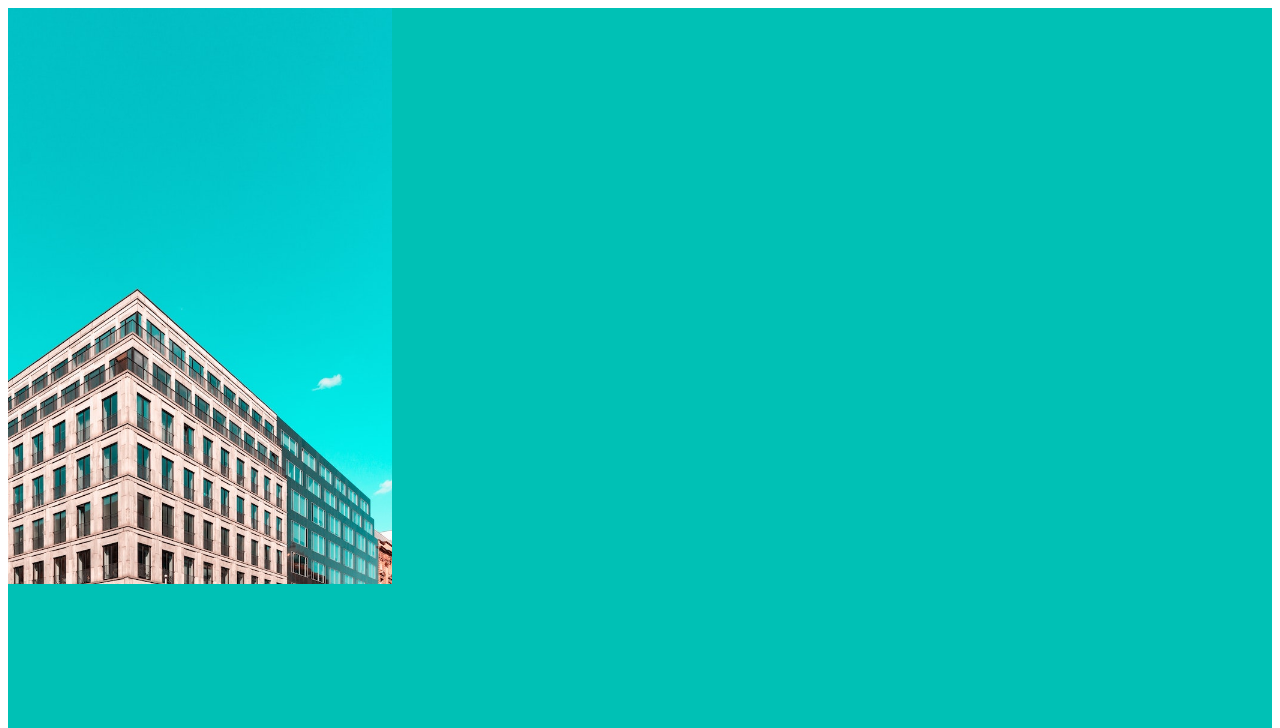
Repository: chelle-c/smooth-scroll-colours
Page: /
The author's editor kept a copy of each file at every save. The page is drawn from the files as they stood at one save, then again after the next save.
The browser window is 1280 px wide. The pictures show the whole page.
An inner scrolling area shows only its first screen. The project was rebuilt for these pictures with package versions that can differ from the ones it lists, and the page was loaded fresh each time. Imported but missing from the stored project, and not drawn on this page: images.

Above is the page before, as saved 2022-09-19 19:55:01.

### src/App.svelte
<script>
	import '/images/';
	export let screenHeight = window.innerHeight;
</script>

<!-- <main
	class="min-w-full min-h-screen fixed flex flex-col justify-between p-6 z-10"
>
	<div class="flex flex-row justify-between items-baseline">
		<div>
			<h1 class="font-sans font-bold text-5xl uppercase">
				Scroll & Colours
			</h1>
		</div>
		<div class="font-sans font-bold text-xl">Contact info</div>
	</div>
	<div class="flex flex-row justify-between items-end">
		<div class="font-sans text-xl">Privacy Policy</div>
		<div class="font-sans text-xl">
			<ul>
				<li><a href="#section5">Link #5</a></li>
				<li><a href="#section4">Link #4</a></li>
				<li><a href="#section3">Link #3</a></li>
				<li><a href="#section2">Link #2</a></li>
				<li><a href="#section1">Link #1</a></li>
			</ul>
		</div>
	</div>
</main> -->
<div class="scrollsnap-container">
	<section id="section5">
		<div>
			<img
				class="w-96"
				src="/images/image-turquoise.jpg"
				alt="White building against turqoise sky"
			/>
		</div>
	</section>

	<section id="section4">
		<div>
			<img
				class="w-96"
				src="/images/image-orange.jpg"
				alt="White building against turqoise sky"
			/>
		</div>
	</section>

	<section id="section3">
		<div>
			<img
				class="w-96"
				src="/images/image-yellow.jpg"
				alt="White building against turqoise sky"
			/>
		</div>
	</section>

	<section id="section2">
		<div>
			<img
				class="w-96"
				src="/images/image-blue.jpg"
				alt="White building against turqoise sky"
			/>
		</div>
	</section>

	<section id="section1">
		<div>
			<img
				class="w-96"
				src="/images/image-red.jpg"
				alt="White building against turqoise sky"
			/>
		</div>
	</section>
</div>

<style global lang="postcss">
	@tailwind base;
	@tailwind components;
	@tailwind utilities;

	:global(body) {
		margin: 0;
		padding: 0;
		overflow: hidden;
	}

	.scrollsnap-container {
		max-height: 100vh;
		overflow-y: scroll;
		scroll-snap-type: mandatory; /* for older browsers */
		scroll-snap-points-y: repeat(100vh); /* for older browsers */
		scroll-snap-type: y mandatory;
	}

	section {
		width: 100vw;
		height: 100vh;
		scroll-snap-align: start;
		position: relative;
	}

	#section5 {
		background: #00c1b5;
	}

	#section4 {
		background: #ff651a;
	}

	#section3 {
		background: #ffbe00;
	}

	#section2 {
		background: #1d3fbb;
	}

	#section1 {
		background: #e30512;
	}
</style>

### tailwind.config.js
/** @type {import('tailwindcss').Config} */
const production = process.env.NODE_ENV !== 'development'
module.exports = {
	future: {
		purgeLayersByDefault: true,
		removeDeprecatedGapUtilities: true,
	},
	purge: {
		content: ['./src/**/*.svelte'],
		enabled: production, // disable purge in dev
	},
	content: [],
	theme: {
		extend: {},
	},
	plugins: [],
};

### public/global.css
html, body {
	position: relative;
	width: 100%;
	height: 100%;
}

body {
	color: #333;
	margin: 0;
	padding: 8px;
	box-sizing: border-box;
	font-family: -apple-system, BlinkMacSystemFont, "Segoe UI", Roboto, Oxygen-Sans, Ubuntu, Cantarell, "Helvetica Neue", sans-serif;
}

a {
	color: rgb(0,100,200);
	text-decoration: none;
}

a:hover {
	text-decoration: underline;
}

a:visited {
	color: rgb(0,80,160);
}

label {
	display: block;
}

input, button, select, textarea {
	font-family: inherit;
	font-size: inherit;
	-webkit-padding: 0.4em 0;
	padding: 0.4em;
	margin: 0 0 0.5em 0;
	box-sizing: border-box;
	border: 1px solid #ccc;
	border-radius: 2px;
}

input:disabled {
	color: #ccc;
}

button {
	color: #333;
	background-color: #f4f4f4;
	outline: none;
}

button:disabled {
	color: #999;
}

button:not(:disabled):active {
	background-color: #ddd;
}

button:focus {
	border-color: #666;
}

Loaded but not shown: public/index.html (common file); src/main.js (common file)

After the next save:
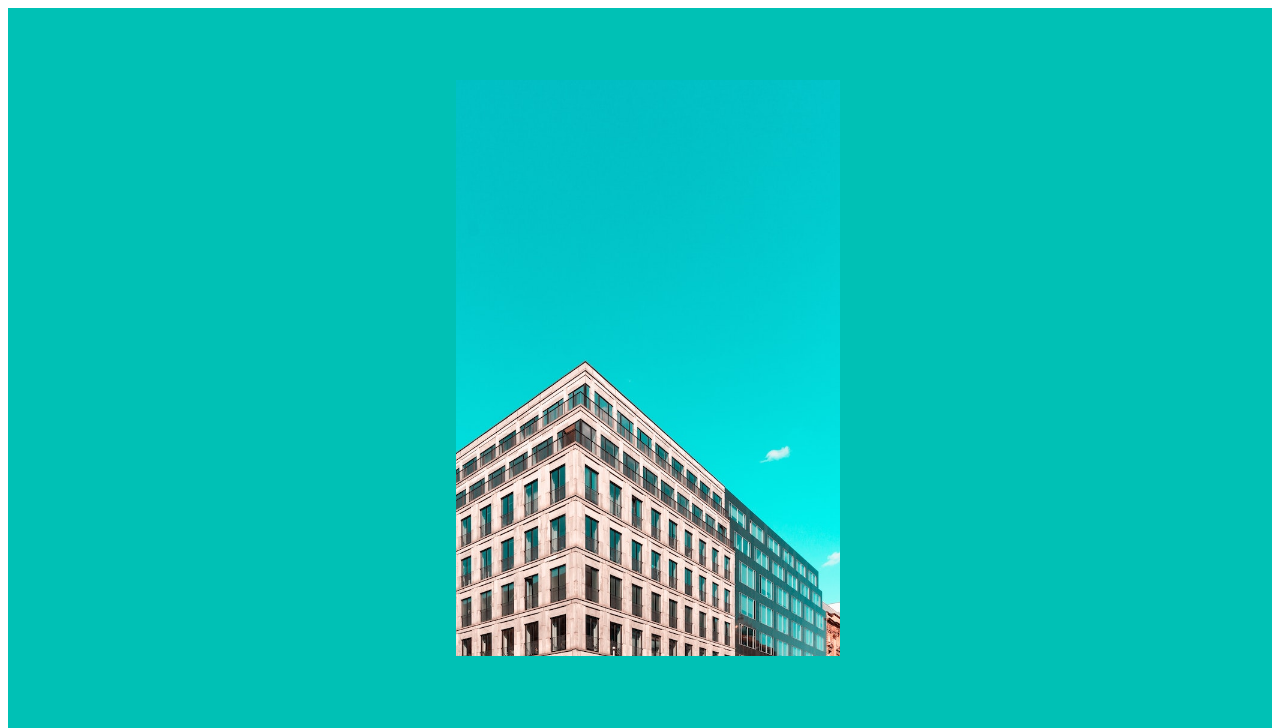
Saved 43 s later.
--- a/src/App.svelte
+++ b/src/App.svelte
@@ -99,6 +99,9 @@
 	}
 
 	section {
+		display: flex;
+		justify-content: center;
+		align-items: center;
 		width: 100vw;
 		height: 100vh;
 		scroll-snap-align: start;
